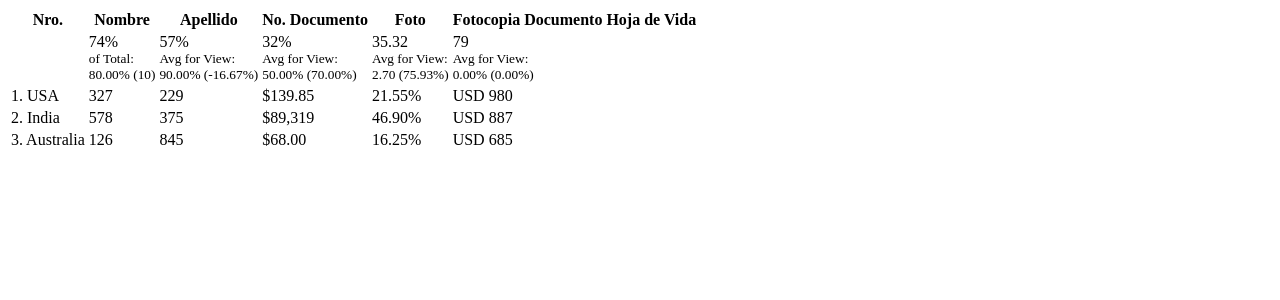
Repository: DA5CH25/kohaku_php
Page: http://localhost/kohaku_php/views/modules/document.php
An editor plug-in stored every save of this project. The page is shown before and after the next save, followed by the edit.
The browser window is 1280 px wide. The pictures show the whole page.
The page is run by PHP 8.4 with error messages shown; the project is at /var/www/html/.

Above is the page before, as saved 2021-05-22 17:18:01.

After the next save:
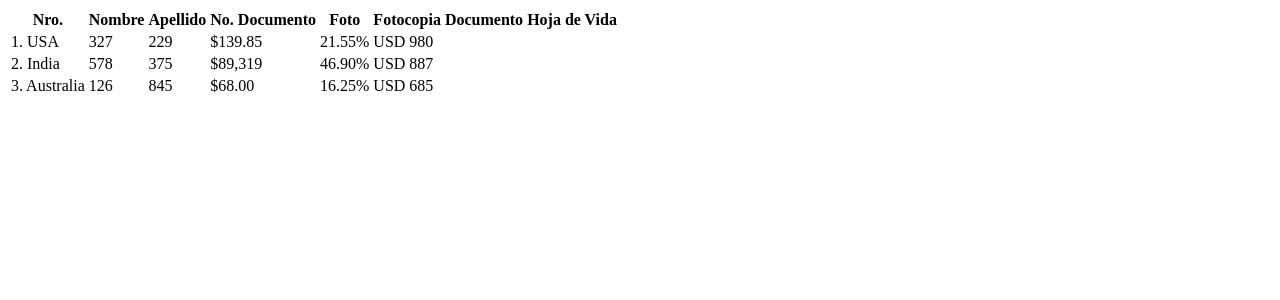
Saved 34 s later.
--- a/views/modules/document.php
+++ b/views/modules/document.php
@@ -13,15 +13,7 @@
 											</tr>
 										</thead>
 										<tbody>
-											<tr>
-												<td>&nbsp;</td>
-												<td>74%<br><small>of Total:<br>80.00% (10)</small></td>
-												<td>57%<br><small>Avg for View:<br>90.00% (-16.67%)</small></td>
-												<td>32%<br><small>Avg for View:<br>50.00% (70.00%)</small></td>
-												<td>35.32<br><small>Avg for View:<br>2.70 (75.93%)</small></td>
-												<td>79<br><small>Avg for View:<br>0.00% (0.00%)</small></td>
-												<td>&nbsp;</td>
-											</tr>
+
 											<tr>
 												<td>1. USA</td>
 												<td>327</td>
